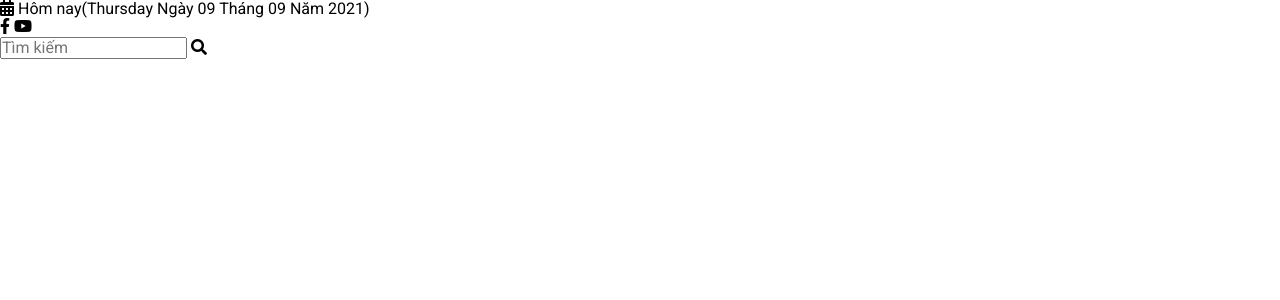
Repository: longtn213/Frond_end_HTML-CSS
Page: Front-End/LongDemo/index.html
These files come from the project's save history. The page is drawn as it stood at one moment and after the next save; the edit follows.
The browser window is 1280 px wide. The pictures show the whole page.

Above is the page before, as saved 2021-09-09 16:01:17.

### Front-End/LongDemo/index.html
<!DOCTYPE html>
<html lang="en">

<head>
    <meta charset="UTF-8">
    <meta http-equiv="X-UA-Compatible" content="IE=edge">
    <meta name="viewport" content="width=device-width, initial-scale=1.0">
    <title>Công nghệ thông tin</title>
    <link rel="stylesheet" href="https://cdnjs.cloudflare.com/ajax/libs/normalize/8.0.1/normalize.min.css"
        integrity="sha512-NhSC1YmyruXifcj/KFRWoC561YpHpc5Jtzgvbuzx5VozKpWvQ+4nXhPdFgmx8xqexRcpAglTj9sIBWINXa8x5w=="
        crossorigin="anonymous" referrerpolicy="no-referrer" />
    <link rel="stylesheet" href="./assets/css/main.css">
    <link href="https://fonts.googleapis.com/css2?family=Roboto:wght@300;400;500;700&display=swap" rel="stylesheet">
    <link href="./assets/fonts/fontawesome-free-5.15.4-web/css/all.css" rel="stylesheet">
</head>

<body>
    <header class="header">
        <div class="header1">
            <div class="calendar">
                <i class="fas fa-calendar-alt"></i>
                Hôm nay(Thursday Ngày 09 Tháng 09 Năm 2021)
            </div>
            <div class="header__icon">
                <i class="fab fa-facebook-f"></i>
                <i class="fab fa-youtube"></i>
            </div>
            <div class="search-button">
                <input type="text" placeholder="Tìm kiếm">
                <i class="fas fa-search"></i>
            </div>
        </div>
    </header>
</body>

</html>

### Front-End/LongDemo/assets/css/main.css
:root{
    --white-color:#fff;
    --black-color:#000;
    --text-color:#333;
}
* {
    padding: 0;
    margin: 0;
    box-sizing: border-box;
}

html{
    scroll-behavior: smooth;
    font-family: 'Roboto', sans-serif;
}

Loaded but not shown: Front-End/LongDemo/assets/fonts/fontawesome-free-5.15.4-web/css/all.css (library)

After the next save:
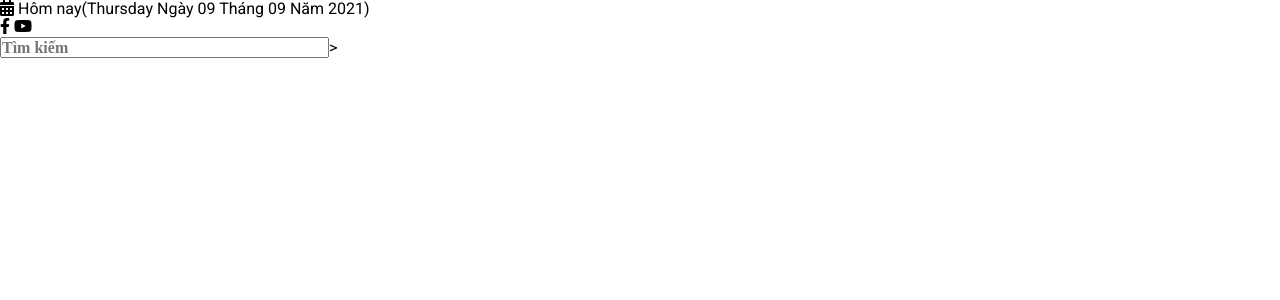
Saved 35 s later.
--- a/Front-End/LongDemo/index.html
+++ b/Front-End/LongDemo/index.html
@@ -26,8 +26,8 @@
                 <i class="fab fa-youtube"></i>
             </div>
             <div class="search-button">
-                <input type="text" placeholder="Tìm kiếm">
-                <i class="fas fa-search"></i>
+                <input type="text" placeholder="Tìm kiếm" <i class="fas fa-search"></i>>
+
             </div>
         </div>
     </header>
